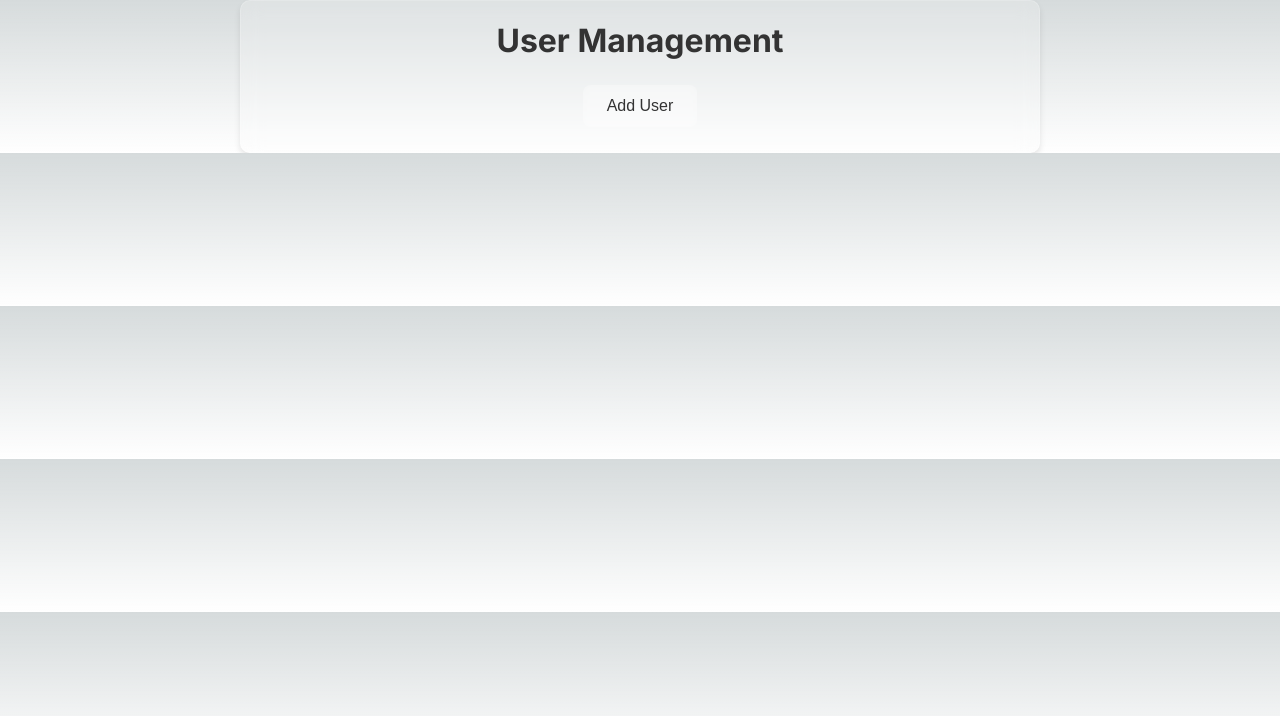
Repository: EeeeeEyyyy/crud-proj
Page: /
These files come from the project's save history. The page is drawn as it stood at one moment and after the next save; the edit follows.
The browser window is 1280 px wide. The pictures show the whole page.
The page's requests for data from a server got no answer. The project was rebuilt for these pictures with package versions that can differ from the ones it lists, and the page was loaded fresh each time. The framework's server and built-in components were replaced by stand-ins that run in the browser. No one was signed in, and anything a server would have sent is missing. Also part of the build but not shown: next.config.mjs.

Above is the page before, as saved 2024-06-24 14:44:07.

### src/app/page.js
"use client";

import React, { useEffect, useState } from 'react';
import axios from 'axios';

const Page = () => {
  const [users, setUsers] = useState([]);
  const [isCreateModalOpen, setCreateModalOpen] = useState(false);
  const [isUpdateModalOpen, setUpdateModalOpen] = useState(false);
  const [isDeleteModalOpen, setDeleteModalOpen] = useState(false);
  const [selectedUser, setSelectedUser] = useState(null);
  const [newUser, setNewUser] = useState({ name: '', email: '' });

  useEffect(() => {
    fetchUsers();
  }, []);

  const fetchUsers = async () => {
    try {
      const response = await axios.get('https://jsonplaceholder.typicode.com/users');
      setUsers(response.data);
    } catch (error) {
      console.error('Error fetching users:', error);
    }
  };

  const addUser = async () => {
    try {
      const response = await axios.post('https://jsonplaceholder.typicode.com/users', newUser);
      setUsers([...users, response.data]);
      setCreateModalOpen(false);
    } catch (error) {
      console.error('Error adding user:', error);
    }
  };

  const updateUser = async (id) => {
    try {
      const response = await axios.put(`https://jsonplaceholder.typicode.com/users/${id}`, selectedUser);
      setUsers(users.map((user) => (user.id === id ? response.data : user)));
      setUpdateModalOpen(false);
    } catch (error) {
      console.error('Error updating user:', error);
    }
  };

  const deleteUser = async (id) => {
    try {
      await axios.delete(`https://jsonplaceholder.typicode.com/users/${id}`);
      setUsers(users.filter((user) => user.id !== id));
      setDeleteModalOpen(false);
    } catch (error) {
      console.error('Error deleting user:', error);
    }
  };

  const openCreateModal = () => {
    setNewUser({ name: '', email: '' });
    setCreateModalOpen(true);
  };

  const closeCreateModal = () => {
    setCreateModalOpen(false);
  };

  const openUpdateModal = (user) => {
    setSelectedUser(user);
    setUpdateModalOpen(true);
  };

  const closeUpdateModal = () => {
    setSelectedUser(null);
    setUpdateModalOpen(false);
  };

  const openDeleteModal = (user) => {
    setSelectedUser(user);
    setDeleteModalOpen(true);
  };

  const closeDeleteModal = () => {
    setSelectedUser(null);
    setDeleteModalOpen(false);
  };

  return (
    <div className="container">
      <h1>User Management</h1>
      <button onClick={openCreateModal} className="glassButton">Add User</button>
      <ul>
        {users.map((user) => (
          <li key={user.id}>
            {user.name} - {user.email}
            <button onClick={() => openUpdateModal(user)} className="glassButton">Update</button>
            <button onClick={() => openDeleteModal(user)} className="glassButton">Delete</button>
          </li>
        ))}
      </ul>

      {isCreateModalOpen && (
        <div className="modalOverlay">
          <div className="modal">
            <h2>Add User</h2>
            <input
              type="text"
              placeholder="Name"
              value={newUser.name}
              onChange={(e) => setNewUser({ ...newUser, name: e.target.value })}
            />
            <input
              type="email"
              placeholder="Email"
              value={newUser.email}
              onChange={(e) => setNewUser({ ...newUser, email: e.target.value })}
            />
            <button onClick={addUser} className="glassButton">Add</button>
            <button onClick={closeCreateModal} className="closeButton">Close</button>
          </div>
        </div>
      )}

      {isUpdateModalOpen && selectedUser && (
        <div className="modalOverlay">
          <div className="modal">
            <h2>Update User</h2>
            <input
              type="text"
              placeholder="Name"
              value={selectedUser.name}
              onChange={(e) => setSelectedUser({ ...selectedUser, name: e.target.value })}
            />
            <input
              type="email"
              placeholder="Email"
              value={selectedUser.email}
              onChange={(e) => setSelectedUser({ ...selectedUser, email: e.target.value })}
            />
            <button onClick={() => updateUser(selectedUser.id)} className="glassButton">Update</button>
            <button onClick={closeUpdateModal} className="closeButton">Close</button>
          </div>
        </div>
      )}

      {isDeleteModalOpen && selectedUser && (
        <div className="modalOverlay">
          <div className="modal">
            <h2>Are you sure you want to delete {selectedUser.name}?</h2>
            <button onClick={() => deleteUser(selectedUser.id)} className="glassButton">Yes</button>
            <button onClick={closeDeleteModal} className="closeButton">No</button>
          </div>
        </div>
      )}
    </div>
  );
};

export default Page;

### src/app/globals.css
:root {
  --max-width: 1100px;
  --border-radius: 12px;
  --font-mono: ui-monospace, Menlo, Monaco, "Cascadia Mono", "Segoe UI Mono",
    "Roboto Mono", "Oxygen Mono", "Ubuntu Monospace", "Source Code Pro",
    "Fira Mono", "Droid Sans Mono", "Courier New", monospace;

  --foreground-rgb: 0, 0, 0;
  --background-start-rgb: 214, 219, 220;
  --background-end-rgb: 255, 255, 255;

  --primary-glow: conic-gradient(
    from 180deg at 50% 50%,
    #16abff33 0deg,
    #0885ff33 55deg,
    #54d6ff33 120deg,
    #0071ff33 160deg,
    transparent 360deg
  );
  --secondary-glow: radial-gradient(
    rgba(255, 255, 255, 1),
    rgba(255, 255, 255, 0)
  );

  --tile-start-rgb: 239, 245, 249;
  --tile-end-rgb: 228, 232, 233;
  --tile-border: conic-gradient(
    #00000080,
    #00000040,
    #00000030,
    #00000020,
    #00000010,
    #00000010,
    #00000080
  );

  --callout-rgb: 238, 240, 241;
  --callout-border-rgb: 172, 175, 176;
  --card-rgb: 180, 185, 188;
  --card-border-rgb: 131, 134, 135;
}

@media (prefers-color-scheme: dark) {
  :root {
    --foreground-rgb: 255, 255, 255;
    --background-start-rgb: 0, 0, 0;
    --background-end-rgb: 0, 0, 0;

    --primary-glow: radial-gradient(rgba(1, 65, 255, 0.4), rgba(1, 65, 255, 0));
    --secondary-glow: linear-gradient(
      to bottom right,
      rgba(1, 65, 255, 0),
      rgba(1, 65, 255, 0),
      rgba(1, 65, 255, 0.3)
    );

    --tile-start-rgb: 2, 13, 46;
    --tile-end-rgb: 2, 5, 19;
    --tile-border: conic-gradient(
      #ffffff80,
      #ffffff40,
      #ffffff30,
      #ffffff20,
      #ffffff10,
      #ffffff10,
      #ffffff80
    );

    --callout-rgb: 20, 20, 20;
    --callout-border-rgb: 108, 108, 108;
    --card-rgb: 100, 100, 100;
    --card-border-rgb: 200, 200, 200;
  }
}

* {
  box-sizing: border-box;
  padding: 0;
  margin: 0;
}

html,
body {
  max-width: 100vw;
  overflow-x: hidden;
}

body {
  color: rgb(var(--foreground-rgb));
  background: linear-gradient(
      to bottom,
      transparent,
      rgb(var(--background-end-rgb))
    )
    rgb(var(--background-start-rgb));
}

a {
  color: inherit;
  text-decoration: none;
}

@media (prefers-color-scheme: dark) {
  html {
    color-scheme: dark;
  }
}
.main {
  display: flex;
  flex-direction: column;
  justify-content: space-between;
  align-items: center;
  padding: 6rem;
  min-height: 100vh;
}

.description {
  display: inherit;
  justify-content: inherit;
  align-items: inherit;
  font-size: 0.85rem;
  max-width: var(--max-width);
  width: 100%;
  z-index: 2;
  font-family: var(--font-mono);
}

.description a {
  display: flex;
  justify-content: center;
  align-items: center;
  gap: 0.5rem;
}

.description p {
  position: relative;
  margin: 0;
  padding: 1rem;
  background-color: rgba(var(--callout-rgb), 0.5);
  border: 1px solid rgba(var(--callout-border-rgb), 0.3);
  border-radius: var(--border-radius);
}

.code {
  font-weight: 700;
  font-family: var(--font-mono);
}

.grid {
  display: grid;
  grid-template-columns: repeat(4, minmax(25%, auto));
  max-width: 100%;
  width: var(--max-width);
}

.card {
  padding: 1rem 1.2rem;
  border-radius: var(--border-radius);
  background: rgba(var(--card-rgb), 0);
  border: 1px solid rgba(var(--card-border-rgb), 0);
  transition: background 200ms, border 200ms;
}

.card span {
  display: inline-block;
  transition: transform 200ms;
}

.card h2 {
  font-weight: 600;
  margin-bottom: 0.7rem;
}

.card p {
  margin: 0;
  opacity: 0.6;
  font-size: 0.9rem;
  line-height: 1.5;
  max-width: 30ch;
  text-wrap: balance;
}

.center {
  display: flex;
  justify-content: center;
  align-items: center;
  position: relative;
  padding: 4rem 0;
}

.center::before {
  background: var(--secondary-glow);
  border-radius: 50%;
  width: 480px;
  height: 360px;
  margin-left: -400px;
}

.center::after {
  background: var(--primary-glow);
  width: 240px;
  height: 180px;
  z-index: -1;
}

.center::before,
.center::after {
  content: "";
  left: 50%;
  position: absolute;
  filter: blur(45px);
  transform: translateZ(0);
}

.logo {
  position: relative;
}
/* Enable hover only on non-touch devices */
@media (hover: hover) and (pointer: fine) {
  .card:hover {
    background: rgba(var(--card-rgb), 0.1);
    border: 1px solid rgba(var(--card-border-rgb), 0.15);
  }

  .card:hover span {
    transform: translateX(4px);
  }
}

@media (prefers-reduced-motion) {
  .card:hover span {
    transform: none;
  }
}

/* Mobile */
@media (max-width: 700px) {
  .content {
    padding: 4rem;
  }

  .grid {
    grid-template-columns: 1fr;
    margin-bottom: 120px;
    max-width: 320px;
    text-align: center;
  }

  .card {
    padding: 1rem 2.5rem;
  }

  .card h2 {
    margin-bottom: 0.5rem;
  }

  .center {
    padding: 8rem 0 6rem;
  }

  .center::before {
    transform: none;
    height: 300px;
  }

  .description {
    font-size: 0.8rem;
  }

  .description a {
    padding: 1rem;
  }

  .description p,
  .description div {
    display: flex;
    justify-content: center;
    position: fixed;
    width: 100%;
  }

  .description p {
    align-items: center;
    inset: 0 0 auto;
    padding: 2rem 1rem 1.4rem;
    border-radius: 0;
    border: none;
    border-bottom: 1px solid rgba(var(--callout-border-rgb), 0.25);
    background: linear-gradient(
      to bottom,
      rgba(var(--background-start-rgb), 1),
      rgba(var(--callout-rgb), 0.5)
    );
    background-clip: padding-box;
    backdrop-filter: blur(24px);
  }

  .description div {
    align-items: flex-end;
    pointer-events: none;
    inset: auto 0 0;
    padding: 2rem;
    height: 200px;
    background: linear-gradient(
      to bottom,
      transparent 0%,
      rgb(var(--background-end-rgb)) 40%
    );
    z-index: 1;
  }
}

/* Tablet and Smaller Desktop */
@media (min-width: 701px) and (max-width: 1120px) {
  .grid {
    grid-template-columns: repeat(2, 50%);
  }
}

@media (prefers-color-scheme: dark) {
  .vercelLogo {
    filter: invert(1);
  }

  .logo {
    filter: invert(1) drop-shadow(0 0 0.3rem #ffffff70);
  }
}

@keyframes rotate {
  from {
    transform: rotate(360deg);
  }
  to {
    transform: rotate(0deg);
  }
}
/* General Styles */
.container {
  max-width: 800px;
  margin: 0 auto;
  padding: 20px;
  background: rgba(255, 255, 255, 0.2);
  border: 1px solid rgba(255, 255, 255, 0.18);
  border-radius: 10px;
  backdrop-filter: blur(10px);
  box-shadow: 0 4px 6px rgba(0, 0, 0, 0.1);
  text-align: center;
}

h1 {
  font-size: 2em;
  margin-bottom: 20px;
  color: #333;
}

/* Glass Button Styles */
.glassButton {
  background: rgba(255, 255, 255, 0.2);
  border: none;
  padding: 12px 24px;
  font-size: 16px;
  color: #333;
  cursor: pointer;
  outline: none;
  transition: background-color 0.3s ease, transform 0.3s ease;
  backdrop-filter: blur(5px);
  border-radius: 8px;
  margin: 5px;
}

.glassButton:hover {
  background: rgba(255, 255, 255, 0.3);
  transform: scale(1.05);
}

/* Modal Styles */
.modalOverlay {
  position: fixed;
  top: 0;
  left: 0;
  right: 0;
  bottom: 0;
  background-color: rgba(0, 0, 0, 0.5);
  display: flex;
  justify-content: center;
  align-items: center;
  z-index: 1000;
}

.modal {
  background: rgba(255, 255, 255, 0.8);
  padding: 20px;
  border-radius: 8px;
  width: 400px;
  max-width: 90%;
  box-shadow: 0 4px 6px rgba(0, 0, 0, 0.1);
  backdrop-filter: blur(10px);
  position: relative;
}

.closeButton {
  background: rgba(255, 255, 255, 0.5);
  padding: 8px;
  border-radius: 50%;
  border: none;
  font-size: 20px;
  cursor: pointer;
  position: absolute;
  top: 10px;
  right: 10px;
  transition: background-color 0.3s ease;
}

.closeButton:hover {
  background: rgba(255, 255, 255, 0.8);
}

/* List Styles */
ul {
  list-style-type: none;
  padding: 0;
}

li {
  display: flex;
  justify-content: space-between;
  align-items: center;
  padding: 10px;
  border-bottom: 1px solid rgba(0, 0, 0, 0.1);
  color: #333;
}

/* Input Styles */
input {
  display: block;
  width: calc(100% - 20px);
  margin: 10px 0;
  padding: 10px;
  border: 1px solid rgba(0, 0, 0, 0.1);
  border-radius: 4px;
  font-size: 16px;
}
.container { max-width: 800px; margin: 0 auto; padding: 20px; background: rgba(255, 255, 255, 0.2); border: 1px solid rgba(255, 255, 255, 0.18); border-radius: 10px; backdrop-filter: blur(10px); box-shadow: 0 4px 6px rgba(0, 0, 0, 0.1); text-align: center; }
h1 { font-size: 2em; margin-bottom: 20px; color: #333; }
.glassButton { background: rgba(255, 255, 255, 0.2); border: none; padding: 12px 24px; font-size: 16px; color: #333; cursor: pointer; outline: none; transition: background-color 0.3s ease, transform 0.3s ease; backdrop-filter: blur(5px); border-radius: 8px; margin: 5px; }
.glassButton:hover { background: rgba(255, 255, 255, 0.3); transform: scale(1.05); }
.modalOverlay { position: fixed; top: 0; left: 0; right: 0; bottom: 0; background-color: rgba(0, 0, 0, 0.5); display: flex; justify-content: center; align-items: center; z-index: 1000; }
.modal { background: rgba(255, 255, 255, 0.8); padding: 20px; border-radius: 8px; width: 400px; max-width: 90%; box-shadow: 0 4px 6px rgba(0, 0, 0, 0.1); backdrop-filter: blur(10px); position: relative; }
.closeButton { background: rgba(255, 255, 255, 0.5); padding: 8px; border-radius: 50%; border: none; font-size: 20px; cursor: pointer; position: absolute; top: 10px; right: 10px; transition: background-color 0.3s ease; }
.closeButton:hover { background: rgba(255, 255, 255, 0.8); }
ul { list-style-type: none; padding: 0; }
li { display: flex; justify-content: space-between; align-items: center; padding: 10px; border-bottom: 1px solid rgba(0, 0, 0, 0.1); color: #333; }
input { display: block; width: calc(100% - 20px); margin: 10px 0; padding: 10px; border: 1px solid rgba(0, 0, 0, 0.1); border-radius: 4px; font-size: 16px; }

Loaded but not shown: src/app/layout.js (common file)

After the next save:
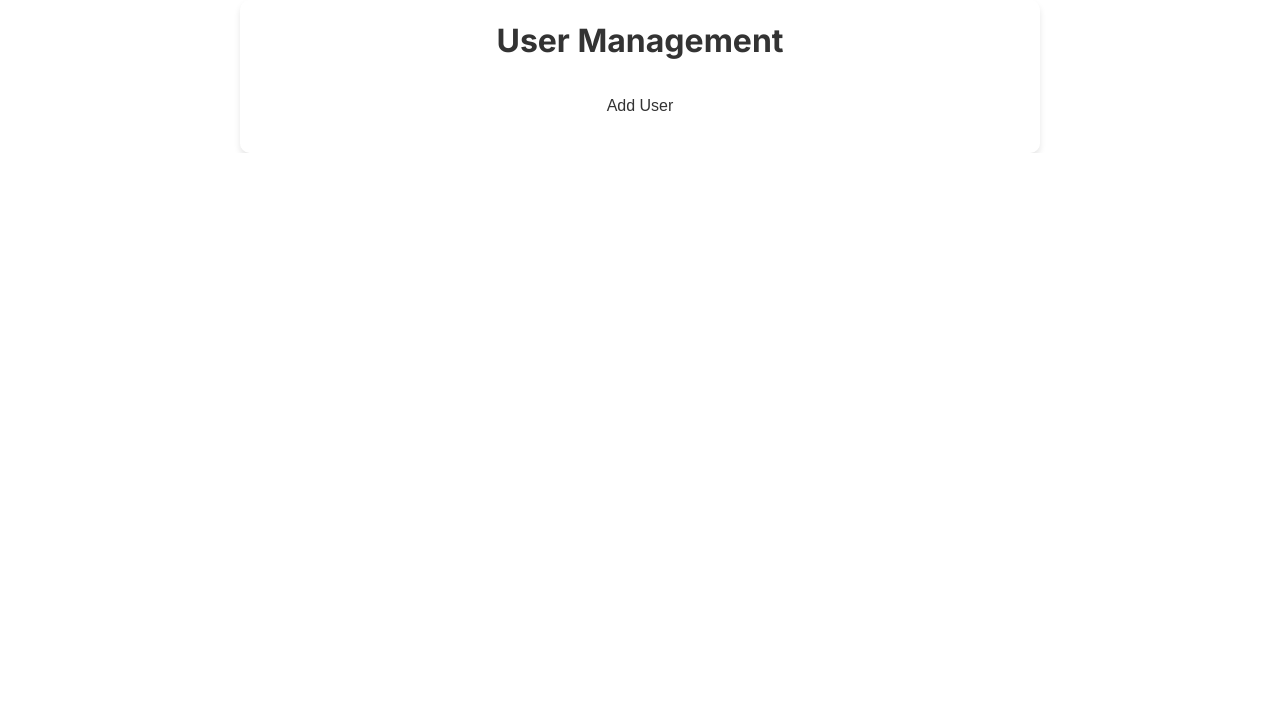
Saved 6 min 44 s later.
--- a/src/app/globals.css
+++ b/src/app/globals.css
@@ -1,78 +1,3 @@
-:root {
-  --max-width: 1100px;
-  --border-radius: 12px;
-  --font-mono: ui-monospace, Menlo, Monaco, "Cascadia Mono", "Segoe UI Mono",
-    "Roboto Mono", "Oxygen Mono", "Ubuntu Monospace", "Source Code Pro",
-    "Fira Mono", "Droid Sans Mono", "Courier New", monospace;
-
-  --foreground-rgb: 0, 0, 0;
-  --background-start-rgb: 214, 219, 220;
-  --background-end-rgb: 255, 255, 255;
-
-  --primary-glow: conic-gradient(
-    from 180deg at 50% 50%,
-    #16abff33 0deg,
-    #0885ff33 55deg,
-    #54d6ff33 120deg,
-    #0071ff33 160deg,
-    transparent 360deg
-  );
-  --secondary-glow: radial-gradient(
-    rgba(255, 255, 255, 1),
-    rgba(255, 255, 255, 0)
-  );
-
-  --tile-start-rgb: 239, 245, 249;
-  --tile-end-rgb: 228, 232, 233;
-  --tile-border: conic-gradient(
-    #00000080,
-    #00000040,
-    #00000030,
-    #00000020,
-    #00000010,
-    #00000010,
-    #00000080
-  );
-
-  --callout-rgb: 238, 240, 241;
-  --callout-border-rgb: 172, 175, 176;
-  --card-rgb: 180, 185, 188;
-  --card-border-rgb: 131, 134, 135;
-}
-
-@media (prefers-color-scheme: dark) {
-  :root {
-    --foreground-rgb: 255, 255, 255;
-    --background-start-rgb: 0, 0, 0;
-    --background-end-rgb: 0, 0, 0;
-
-    --primary-glow: radial-gradient(rgba(1, 65, 255, 0.4), rgba(1, 65, 255, 0));
-    --secondary-glow: linear-gradient(
-      to bottom right,
-      rgba(1, 65, 255, 0),
-      rgba(1, 65, 255, 0),
-      rgba(1, 65, 255, 0.3)
-    );
-
-    --tile-start-rgb: 2, 13, 46;
-    --tile-end-rgb: 2, 5, 19;
-    --tile-border: conic-gradient(
-      #ffffff80,
-      #ffffff40,
-      #ffffff30,
-      #ffffff20,
-      #ffffff10,
-      #ffffff10,
-      #ffffff80
-    );
-
-    --callout-rgb: 20, 20, 20;
-    --callout-border-rgb: 108, 108, 108;
-    --card-rgb: 100, 100, 100;
-    --card-border-rgb: 200, 200, 200;
-  }
-}
-
 * {
   box-sizing: border-box;
   padding: 0;
